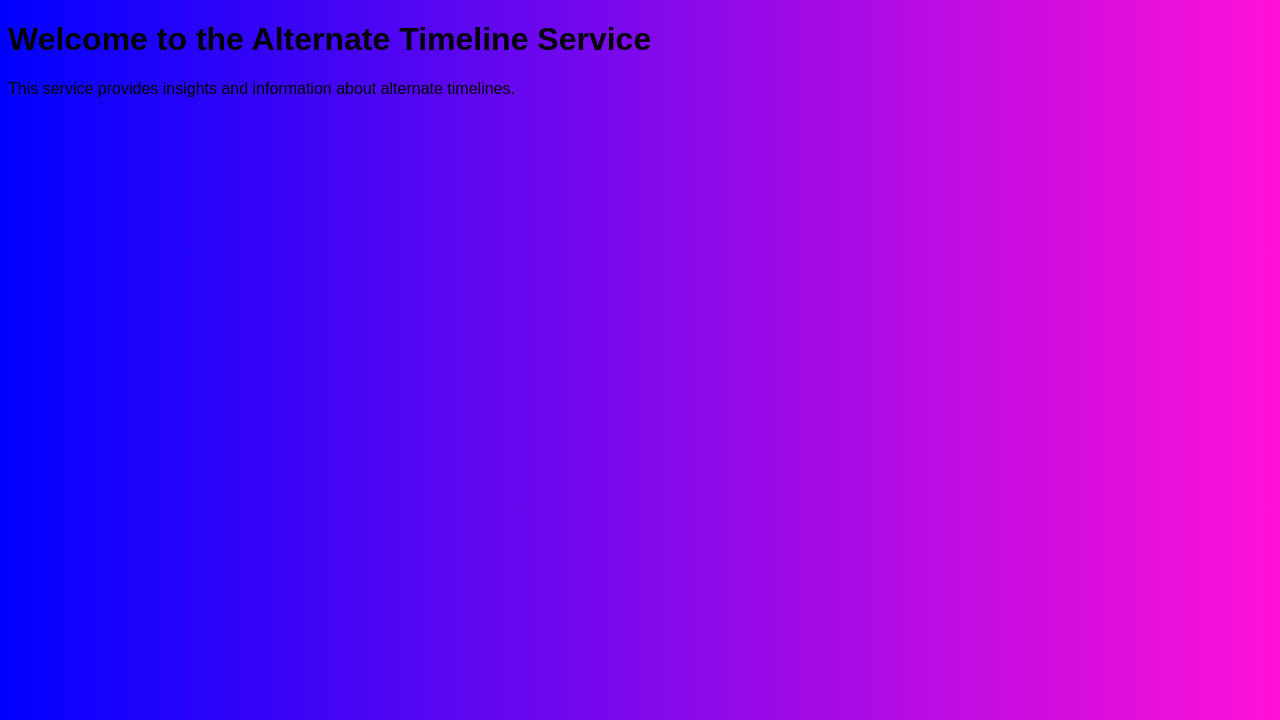
Repository: JovKun/DecisionCraft
Page: service/index.html
An editor plug-in stored every save of this project. The page is shown before and after a run of saves, followed by the edit.
The browser window is 1280 px wide. The pictures show the whole page.

Above is the page before, as saved 2026-01-31 12:36:17.

After the next 2 saves:
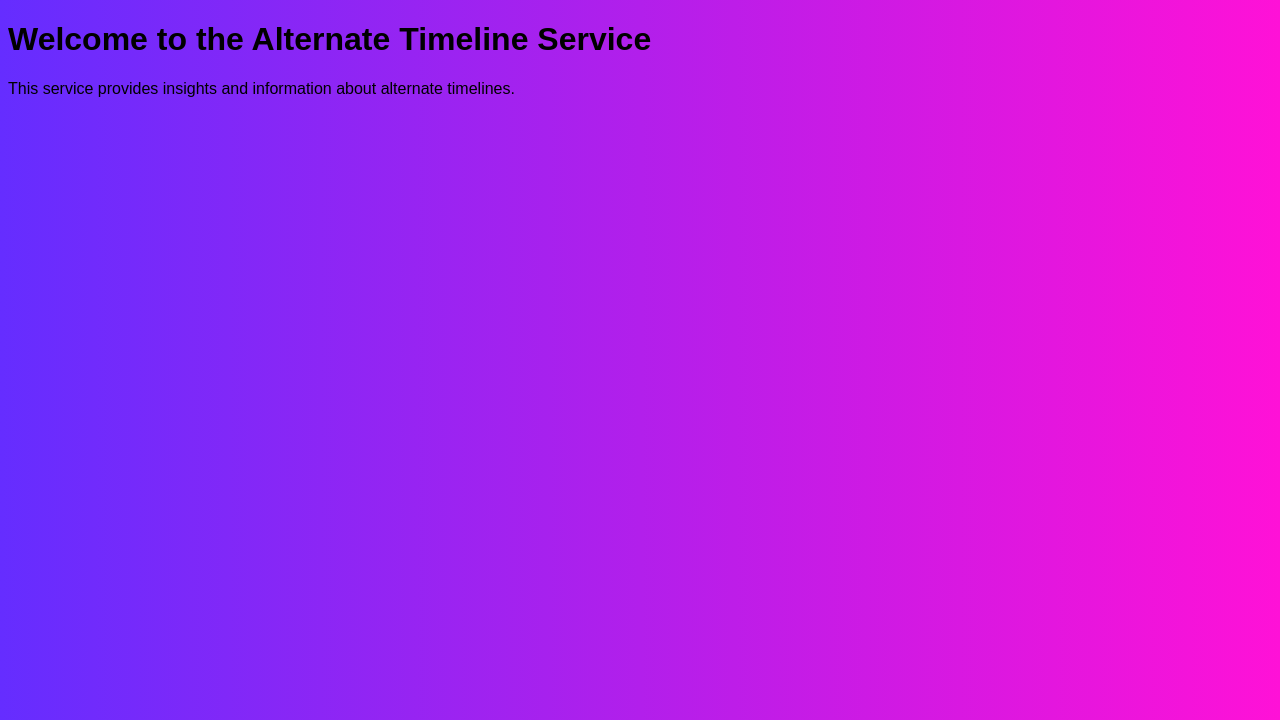
The 2 saves are shown as one change because they came seconds apart.
The last was saved 6 s later.
--- a/service/style.css
+++ b/service/style.css
@@ -1,6 +1,6 @@
 /* style.css */
 html {
-    background: linear-gradient(to right, blue, rgb(255, 17, 215));
+    background: linear-gradient(to right, rgb(101, 45, 255), rgb(255, 17, 215));
     height: 100%;
     margin: 0;
     font-family: Arial, sans-serif;
